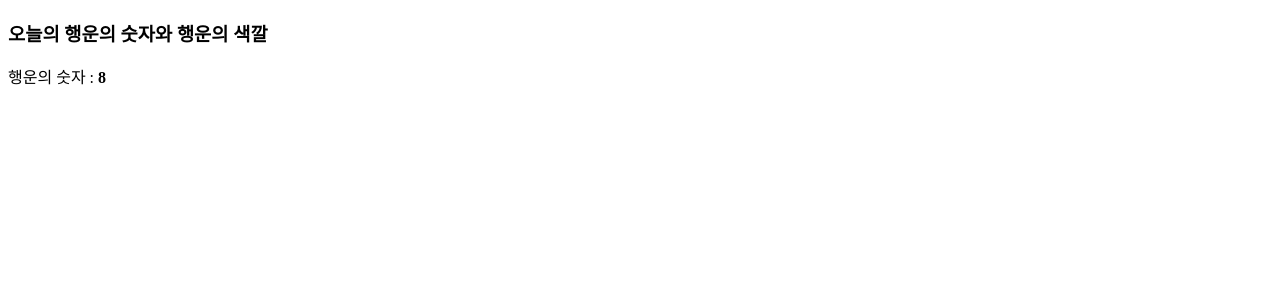
Repository: dwanGim/JSP_basic
Page: http://localhost/20220322/jsptag/tag_quiz01.jsp
An editor plug-in stored every save of this project. The page is shown before and after the next save, followed by the edit.
The browser window is 1280 px wide. The pictures show the whole page.
The page is served by Tomcat 9.

Above is the page before, as saved 2022-03-23 09:14:33.

### 20220322/src/main/webapp/jsptag/tag_quiz01.jsp
<%@ page language="java" contentType="text/html; charset=UTF-8"
    pageEncoding="UTF-8"%>
<!DOCTYPE html>
<html>
<head>
<meta charset="UTF-8">
<title>Insert title here</title>
</head>
<body>
<%!
	// int randomNumber() 메서드를 선언해주세요.
	// 정수 1~10까지의 난수를 발생시켜 리턴해줍니다.

	int randomNumber() {
		int rn = (int)(Math.random() * 10) + 1;
		return rn;

	}

	String randomColor() {
		// 난수를 발생시켜서 약 33% 확률로 "빨강"
		// 약 33%확률로 "노랑"
		// 약 33%확률로 "파랑"을 리턴하는 메서드를 선언해주세요.

		if (Math.random() <= 0.3333) {
			String rc = "빨강";
			return rc;
		} else if(Math.random() <= 0.6666) {
			String rc = "노랑";
			return rc;
		} else {
			String rc = "파랑";
			return rc;
		}
	}

%>
	<h3>오늘의 행운의 숫자와 행운의 색깔</h3>
	행운의 숫자 : <b><%= randomNumber() %></b> <br>

</body>
</html>

After the next save:
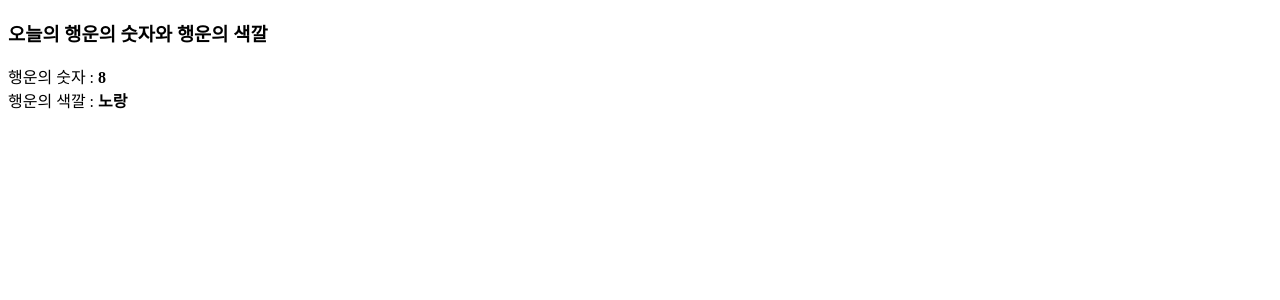
Saved 34 s later.
--- a/20220322/src/main/webapp/jsptag/tag_quiz01.jsp
+++ b/20220322/src/main/webapp/jsptag/tag_quiz01.jsp
@@ -38,5 +38,6 @@
 	<h3>오늘의 행운의 숫자와 행운의 색깔</h3>
 	행운의 숫자 : <b><%= randomNumber() %></b> <br>
 
+	행운의 색깔 : <b><%= randomColor() %></b>
 </body>
 </html>
